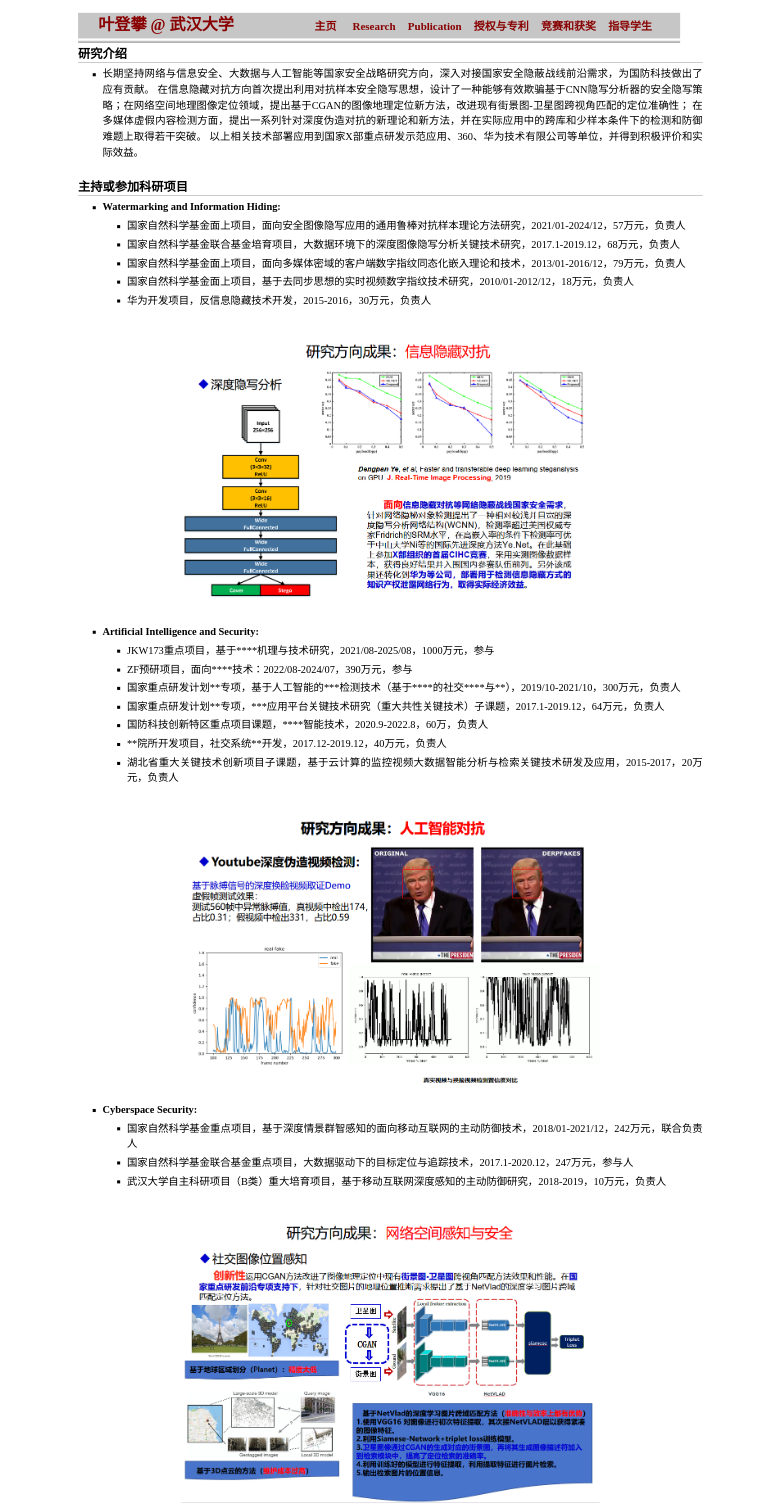
Repository: yedengpan/yedengpan.github.io
Page: research.html
An editor plug-in stored every save of this project. The page is shown before and after a run of saves, followed by the edit.
The browser window is 1280 px wide. The pictures show the whole page, at 61% of full size.

Above is the page before, as saved 2023-12-04 15:19:09.
Console error: SyntaxError: Unexpected token '%'

### research.html
<!DOCTYPE html PUBLIC "-//W3C//DTD XHTML 1.1//EN" "http://www.w3.org/TR/xhtml11/DTD/xhtml11.dtd">
<html xmlns="http://www.w3.org/1999/xhtml" xml:lang="en">
<head>
    <meta http-equiv="Content-Type" content="text/html; charset=UTF-8" />
    <meta name="generator" content="jemdoc, see http://jemdoc.jaboc.net/" />

    <link rel="stylesheet" href="./source_files/jemdoc.css" type="text/css" />
    <title>主持或参加科研项目</title>
    <script type="text/javascript" src="./source_files/jquery-1.12.4.min.js"></script>
    <script src="./source_files/main.js"></script>
    <title>插入图片</title>
    <style>
        .center-image {
            display: block;
            margin: 0 auto;
            width: 67%;
        }
    </style>


</head>
<body class="my-body">
    <div id="layout-content">

        <div id="toptitle">
            <h1 width=100% id="home">
                &nbsp;&nbsp;&nbsp;&nbsp;
                <font color="#880000">叶登攀 @ 武汉大学</font>
                &nbsp;&nbsp;&nbsp;&nbsp;&nbsp;&nbsp;&nbsp;&nbsp;&nbsp;&nbsp;&nbsp;&nbsp;&nbsp;&nbsp;&nbsp;&nbsp;&nbsp;&nbsp;
                <a href="./index.html"><font color="#880000" size="4.0px">主页</font></a>
                &nbsp;&nbsp;
                <a href="./research.html"><font color="#880000" size="4.0px">Research &nbsp;&nbsp;</font></a>
                <a href="./publication.html"><font color="#880000" size="4.0px">Publication &nbsp;&nbsp;</font></a>
                <a href="./patent.html"><font color="#880000" size="4.0px">授权与专利 &nbsp;&nbsp;</font></a>
                <a href="./awards.html"><font color="#880000" size="4.0px">竞赛和获奖 &nbsp;&nbsp;</font></a>
                <a href="./student.html"><font color="#880000" size="4.0px">指导学生 &nbsp;&nbsp;</font></a>                &nbsp;&nbsp;&nbsp;&nbsp;
            </h1>
        </div>

        <br /> <br />

        <h2>研究介绍</h2>

        <ul>
            <li>
                <p style="text-align:justify;">
                    长期坚持网络与信息安全、大数据与人工智能等国家安全战略研究方向，深入对接国家安全隐蔽战线前沿需求，为国防科技做出了应有贡献。
                    在信息隐藏对抗方向首次提出利用对抗样本安全隐写思想，设计了一种能够有效欺骗基于CNN隐写分析器的安全隐写策略；在网络空间地理图像定位领域，提出基于CGAN的图像地理定位新方法，改进现有街景图-卫星图跨视角匹配的定位准确性；
                    在多媒体虚假内容检测方面，提出一系列针对深度伪造对抗的新理论和新方法，并在实际应用中的跨库和少样本条件下的检测和防御难题上取得若干突破。
                    以上相关技术部署应用到国家X部重点研发示范应用、360、华为技术有限公司等单位，并得到积极评价和实际效益。

                </p>
            </li>
        </ul>



        <h2>主持或参加科研项目</h2>
        <ul>
            <!--            <li><p style="text-align:justify;"><b>Image Processing and Steganalysis:</b></p></li>
        -->
            <li><p style="text-align:justify;"><b>Watermarking and Information Hiding:</b></p></li>
            <ul>
                <li><p style="text-align:justify;"> 国家自然科学基金面上项目，面向安全图像隐写应用的通用鲁棒对抗样本理论方法研究，2021/01-2024/12，57万元，负责人</p></li>
                <li><p style="text-align:justify;"> 国家自然科学基金联合基金培育项目，大数据环境下的深度图像隐写分析关键技术研究，2017.1-2019.12，68万元，负责人</p></li>
                <li><p style="text-align:justify;"> 国家自然科学基金面上项目，面向多媒体密域的客户端数字指纹同态化嵌入理论和技术，2013/01-2016/12，79万元，负责人</p></li>
                <li><p style="text-align:justify;"> 国家自然科学基金面上项目，基于去同步思想的实时视频数字指纹技术研究，2010/01-2012/12，18万元，负责人</p></li>

                <li><p style="text-align:justify;"> 华为开发项目，反信息隐藏技术开发，2015-2016，30万元，负责人</p></li>
            </ul>
        </ul>
        <img class="center-image" src="./source_files/111.png" alt="information_hiding" />

        <ul>
            <li><p style="text-align:justify;"><b>Artificial Intelligence and Security:</b></p></li>
            <ul>
                <li><p style="text-align:justify;"> JKW173重点项目，基于****机理与技术研究，2021/08-2025/08，1000万元，参与</p></li>
                <li><p style="text-align:justify;"> ZF预研项目，面向****技术：2022/08-2024/07，390万元，参与</p></li>
                <li><p style="text-align:justify;"> 国家重点研发计划**专项，基于人工智能的***检测技术（基于****的社交****与**），2019/10-2021/10，300万元，负责人</p></li>

                <li><p style="text-align:justify;"> 国家重点研发计划**专项，***应用平台关键技术研究（重大共性关键技术）子课题，2017.1-2019.12，64万元，负责人</p></li>
                <li><p style="text-align:justify;"> 国防科技创新特区重点项目课题，****智能技术，2020.9-2022.8，60万，负责人</p></li>
                <li><p style="text-align:justify;"> **院所开发项目，社交系统**开发，2017.12-2019.12，40万元，负责人</p></li>

                <li><p style="text-align:justify;"> 湖北省重大关键技术创新项目子课题，基于云计算的监控视频大数据智能分析与检索关键技术研发及应用，2015-2017，20万元，负责人</p></li>
            </ul>
        </ul>
        <img class="center-image" src="./source_files/222.png" alt="artificial_security" />


        <ul>
            <li><p style="text-align:justify;"><b> Cyberspace Security:</b></p></li>
            <ul>
                <li><p style="text-align:justify;"> 国家自然科学基金重点项目，基于深度情景群智感知的面向移动互联网的主动防御技术，2018/01-2021/12，242万元，联合负责人</p></li>
                <li><p style="text-align:justify;"> 国家自然科学基金联合基金重点项目，大数据驱动下的目标定位与追踪技术，2017.1-2020.12，247万元，参与人</p></li>
                <li><p style="text-align:justify;"> 武汉大学自主科研项目（B类）重大培育项目，基于移动互联网深度感知的主动防御研究，2018-2019，10万元，负责人</p></li>

            </ul>
        </ul>
        <img class="center-image" src="./source_files/333.png" alt="cyberspace_security" />

    </div>
</body>
</html>

### source_files/jemdoc.css
/* Default css file for jemdoc. */

table#tlayout {
    border: none;
    border-collapse: separate;
    background: white;
}

/*body.my-body {
	background: white;*/
	/*	font-family: Georgia, serif;*/
	/*font-family: "Times New Roman", Sans-serif, Serif, Arial, Helvetica, sans-serif;
	padding-bottom: 8px;
	margin: 0;
	text-align: center;
}*/


/* 设置英文文字的字体样式 */
:lang(en) {
	font-family: "Arial", sans-serif;
}

/* 排除其他语言的文字样式设置 */
:not(:lang(en)) {
	font-family: inherit;
}


#layout-menu {
	background: #f6f6f6;
	border: 1px solid #dddddd;
	padding-top: 0.5em;
	padding-left: 8px;
	padding-right: 8px;
	font-size: 1.0em;
	width: auto;
	white-space: nowrap;
    text-align: left;
    vertical-align: top;
}

#layout-menu td {
	background: #f4f4f4;
    vertical-align: top;
}

#layout-content {
	padding-top: 0.0em;
	padding-left: 1.0em;
	padding-right: 1.0em;
    border: none;
    background: white;
    text-align: left;
    vertical-align: top;
    /* width:950px; */
    width:1024px;
	/* width:1024px; */
    margin: auto;
}

#layout-menu a {
	line-height: 1.5em;
	margin-left: 0.5em;
}

tt {
    background: #ffffdd;
}

pre, tt {
	font-size: 90%;
	font-family: monaco, monospace;
}

a, a > tt {
	/*color: #0000FF;*/
  color: #0055AA;
	text-decoration: none;
}

a:hover {
	border-bottom: 1px gray dotted;
}

#layout-menu a.current:link, #layout-menu a.current:visited {
	color: #022b6d;
	border-bottom: 1px gray solid;
}
#layout-menu a:link, #layout-menu a:visited, #layout-menu a:hover {
	color: #527bbd;
	text-decoration: none;
}
#layout-menu a:hover {
	text-decoration: none;
}

div.menu-category {
	border-bottom: 1px solid gray;
	margin-top: 0.8em;
	padding-top: 0.2em;
	padding-bottom: 0.1em;
	font-weight: bold;
}

div.menu-item {
	padding-left: 16px;
	text-indent: -16px;
}

div#toptitle {
	padding-bottom: 0.2em;
	margin-bottom: 1.5em;
	border-bottom: 3px double gray;
  position:fixed;

}

/* Reduce space if we begin the page with a title. */
div#toptitle + h2, div#toptitle + h3 {
	margin-top: -0.7em;
}

div#subtitle {
	margin-top: 0.0em;
	margin-bottom: 0.0em;
	padding-top: 0em;
	padding-bottom: 0.1em;
}

em {
	font-style: italic;
}

strong {
	font-weight: bold;
}


h1, h2, h3 {
	color: #000000;
	margin-top: 0.9em;
	margin-bottom: 0.3em;
	padding-bottom: 0.2em;
	line-height: 1.0;
	padding-top: 0.5em;
	border-bottom: 1px solid #aaaaaa;
}

h1 {
	font-size: 165%;
  /*background: #003366;*/
  background: #C7C6C6;
  line-height: 1.5;
}

h2 {
	padding-top: 0.8em;
	font-size: 125%;
}

h2 + h3 {
    padding-top: 0.2em;
}

h3 {
	font-size: 110%;
	border-bottom: none;
}

p {
	margin-top: 0.0em;
	margin-bottom: 0.8em;
	padding: 0;
	line-height: 1.5;
  /*size of font in body*/
  font-size: 17px;
}

pre {
	padding: 0;
	margin: 0;
}

div#footer {
	font-size: small;
	border-top: 1px solid #c0c0c0;
	padding-top: 0.1em;
	margin-top: 4.0em;
	color: #c0c0c0;
}

div#footer a {
	color: #80a0b0;
}

div#footer-text {
	float: left;
	padding-bottom: 8px;
}

ul, ol, dl {
	margin-top: 0.2em;
	padding-top: 0;
	margin-bottom: 0.8em;
}

dt {
	margin-top: 0.5em;
	margin-bottom: 0;
}

dl {
	margin-left: 20px;
}

dd {
	color: #222222;
}

dd > *:first-child {
	margin-top: 0;
}

ul {
	list-style-position: outside;
	list-style-type: square;
}

p + ul, p + ol {
	margin-top: -0.5em;
}

li ul, li ol {
	margin-top: -0.3em;
}

ol {
	list-style-position: outside;
	list-style-type: decimal;
}

li p, dd p {
	margin-bottom: 0.3em;
}


ol ol {
	list-style-type: lower-alpha;
}

ol ol ol {
	list-style-type: lower-roman;
}

p + div.codeblock {
	margin-top: -0.6em;
}

div.codeblock, div.infoblock {
	margin-right: 0%;
	margin-top: 1.2em;
	margin-bottom: 1.3em;
}

div.blocktitle {
	font-weight: bold;
	color: #cd7b62;
	margin-top: 1.2em;
	margin-bottom: 0.1em;
}

div.blockcontent {
	border: 1px solid silver;
	padding: 0.3em 0.5em;
}

div.infoblock > div.blockcontent {
	background: #ffffee;
}

div.blockcontent p + ul, div.blockcontent p + ol {
	margin-top: 0.4em;
}

div.infoblock p {
	margin-bottom: 0em;
}

div.infoblock li p, div.infoblock dd p {
	margin-bottom: 0.5em;
}

div.infoblock p + p {
	margin-top: 0.8em;
}

div.codeblock > div.blockcontent {
	background: #f6f6f6;
}

span.pycommand {
	color: #000070;
}

span.statement {
	color: #008800;
}
span.builtin {
	color: #000088;
}
span.special {
	color: #990000;
}
span.operator {
	color: #880000;
}
span.error {
	color: #aa0000;
}
span.comment, span.comment > *, span.string, span.string > * {
	color: #606060;
}

@media print {
	#layout-menu { display: none; }
}

#fwtitle {
	margin: 2px;
}

#fwtitle #toptitle {
	padding-left: 0.5em;
	margin-bottom: 0.5em;
}

#layout-content h1:first-child, #layout-content h2:first-child, #layout-content h3:first-child {
	margin-top: -0.7em;
}

div#toptitle h1, #layout-content div#toptitle h1 {
	margin-bottom: 0.0em;
	padding-bottom: 0.1em;
	padding-top: 0;
	margin-top: 0.5em;
	border-bottom: none;
}

img.eq {
	padding: 0;
	padding-left: 0.1em;
	padding-right: 0.1em;
	margin: 0;
}

img.eqwl {
	padding-left: 2em;
	padding-top: 0.6em;
	padding-bottom: 0.2em;
	margin: 0;
}

table {
    border: 2px solid black;
    border-collapse: collapse;
}

td {
    padding: 2px;
    padding-left: 0.5em;
    padding-right: 0.5em;
    text-align: center;
    border: 1px solid gray;
}

table + table {
    margin-top: 1em;
}

tr.heading {
    font-weight: bold;
    border-bottom: 2px solid black;
}

img {
    border: none;
}

table.imgtable, table.imgtable td {
    border: none;
    text-align: left;
    padding-top: 4em;
}

### static/js/main.js
---
---
$(function() {
  deadlineByConf = {};

  {% for conf in site.data.conferences %}
  {% assign conf_id = conf.name | append: conf.year | slugify %}
  {% if conf.deadline == "TBA" %}
  $('#{{ conf_id }} .timer').html("TBA");
  $('#{{ conf_id }} .deadline-time').html("TBA");
  deadlineByConf["{{ conf_id }}"] = null;

  {% else %}
  var rawDeadlines = {{ conf.deadline | jsonify }} || [];
  if (rawDeadlines.constructor !== Array) {
    rawDeadlines = [rawDeadlines];
  }
  var parsedDeadlines = [];
  while (rawDeadlines.length > 0) {
    var rawDeadline = rawDeadlines.pop();
    // check if date is template
    if (rawDeadline.indexOf('%m') >= 0) {
      for (var m = 1; m <= 12; m++) {
        rawDeadlines.push(rawDeadline.replace('%m', m < 10 ? '0' + m : m));
      }
    } else if (rawDeadline.indexOf('%y') >= 0) {
      year = parseInt(moment().year());
      rawDeadlines.push(rawDeadline.replace('%y', year));
      rawDeadlines.push(rawDeadline.replace('%y', year + 1));

    } else {
      // adjust date according to deadline timezone
      {% if conf.timezone %}
      var deadline = moment.tz(rawDeadline, "{{ conf.timezone }}");
      {% else %}
      var deadline = moment.tz(rawDeadline, "Etc/GMT+12"); // Anywhere on Earth
      {% endif %}

      // post-process date
      if (deadline.minutes() === 0) {
        deadline.subtract(1, 'seconds');
      }
      if (deadline.minutes() === 59) {
        deadline.seconds(59);
      }
      parsedDeadlines.push(deadline);
    }
  }

  // check which deadline is closest
  var confDeadline = parsedDeadlines[0];
  var today = moment();
  for (var i = 1; i < parsedDeadlines.length; i++) {
    deadlineCandidate = parsedDeadlines[i];
    if ((today.diff(deadlineCandidate) < 0 && today.diff(deadlineCandidate) > today.diff(confDeadline))) {
      confDeadline = deadlineCandidate;
    }
  }

  // render countdown timer
  if (confDeadline) {
    function make_update_countdown_fn(confDeadline) {
      return function(event) {
        diff = moment() - confDeadline
        if (diff <= 0) {
           $(this).html(event.strftime('%D days %Hh %Mm %Ss'));
        } else {
          $(this).html(confDeadline.fromNow());
        }
      }
    }
    $('#{{ conf_id }} .timer').countdown(confDeadline.toDate(), make_update_countdown_fn(confDeadline));
    // check if date has passed, add 'past' class to it
    if (moment() - confDeadline > 0) {
      $('#{{ conf_id }}').addClass('past');
    }
    $('#{{ conf_id }} .deadline-time').html(confDeadline.local().format('D MMM YYYY, h:mm:ss a'));
    deadlineByConf["{{ conf_id }}"] = confDeadline;
  }
  {% endif %}
  {% endfor %}

  // Reorder list
  confs = $('.conf');
  confs.detach().sort(function(a, b) {
    var today = moment();
    var a = deadlineByConf[a.id];
    var b = deadlineByConf[b.id];
    var diff1 = today.diff(a)
    var diff2 = today.diff(b)
    if (a == null && b == null) {
      return 0;
    }
    if (a == null && diff2 > 0) {
      return -1;
    }
    if (a == null && diff2 < 0) {
      return +1;
    }
    if (b == null && diff1 > 0) {
      return +1;
    }
    if (b == null && diff1 < 0) {
      return -1;
    }
    if (diff1 < 0 && diff2 > 0) {
      return -1;
    }
    if (diff1 > 0 && diff2 < 0) {
      return +1;
    }
    if (diff1 < 0 && diff2 < 0) {
      return -1 ? diff1 < diff2 : +1;
    }
    if (diff1 > 0 && diff2 > 0) {
      return -1 ? a < b : +1;
    }
  });
  $('.conf-container').append(confs);

  // Set checkboxes
  var conf_type_data = {{ site.data.types | jsonify }};
  var all_tags = [];
  var toggle_status = {};
  for (var i = 0; i < conf_type_data.length; i++) {
    all_tags[i] = conf_type_data[i]['tag'];
    toggle_status[all_tags[i]] = false;
  }
  var tags = store.get('{{ site.domain }}');
  if (tags === undefined) {
    tags = all_tags;
  }
  for (var i = 0; i < tags.length; i++) {
    $('#' + tags[i] + '-checkbox').prop('checked', true);
    toggle_status[tags[i]] = true;
  }
  store.set('{{ site.domain }}', tags);

  function update_conf_list() {
    confs.each(function(i, conf) {
      var conf = $(conf);
      var show = false;
      for (var i = 0; i < all_tags.length; i++) {
        if(conf.hasClass(all_tags[i])) {
          show = show | toggle_status[all_tags[i]];
        }
      }
      if (show) {
        conf.show();
      } else {
        conf.hide()
      }
    });
  }
  update_conf_list();

  // Event handler on checkbox change
  $('form :checkbox').change(function(e) {
    var checked = $(this).is(':checked');
    var tag = $(this).prop('id').slice(0, -9);
    toggle_status[tag] = checked;

    if (checked == true) {
      if (tags.indexOf(tag) < 0)
        tags.push(tag);
    }
    else {
      var idx = tags.indexOf(tag);
      if (idx >= 0)
        tags.splice(idx, 1);
    }
    store.set('{{ site.domain }}', tags);
    update_conf_list();
  });
});

Loaded but not shown: source_files/jquery-1.12.4.min.js (library)

After the next 4 saves:
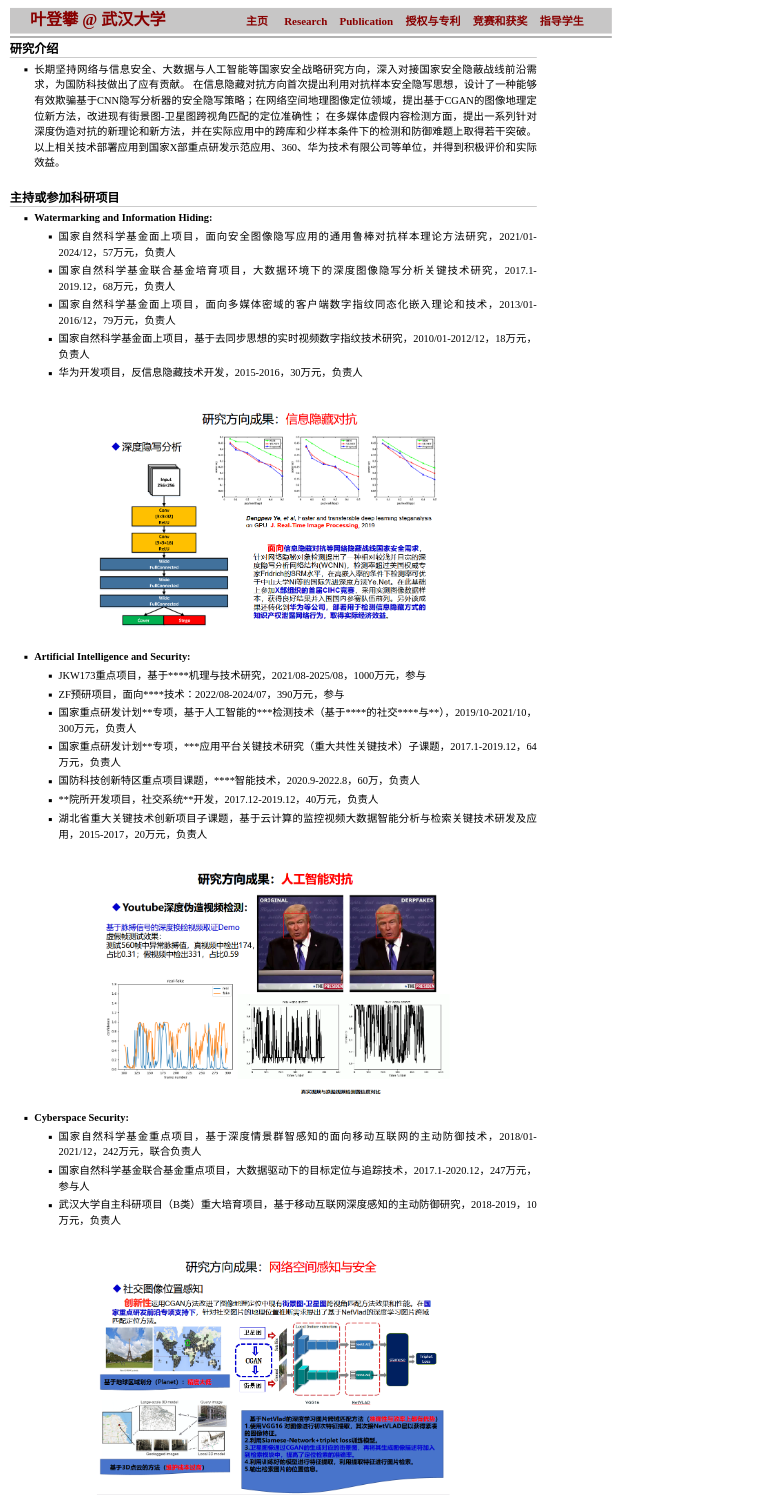
The 4 saves are shown as one change because they came seconds apart.
The last was saved 12 min 29 s later.
--- a/research.html
+++ b/research.html
@@ -16,6 +16,21 @@
             width: 67%;
         }
     </style>
+
+<style>
+    body {
+        margin: 0;
+        padding: 0;
+        display: flex;
+        justify-content: space-between;
+        width: 70%;
+    }
+
+    img {
+        width: 100%;
+        height: auto;
+    }
+</style>
 
 
 </head>

After the 4 saves that followed:
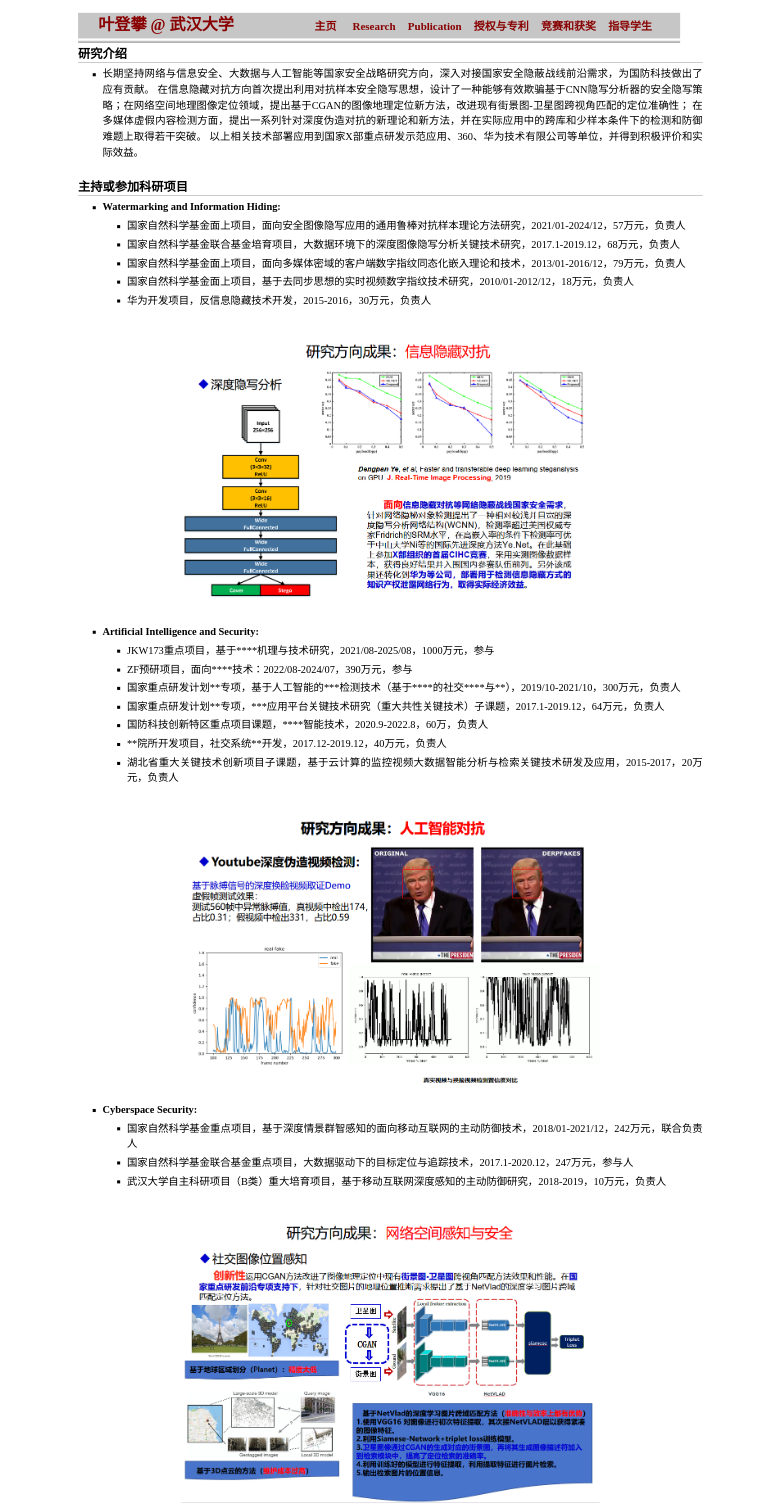
The 4 saves are shown as one change because they came seconds apart.
The last was saved 15 s later.
--- a/research.html
+++ b/research.html
@@ -17,20 +17,7 @@
         }
     </style>
 
-<style>
-    body {
-        margin: 0;
-        padding: 0;
-        display: flex;
-        justify-content: space-between;
-        width: 70%;
-    }
 
-    img {
-        width: 100%;
-        height: auto;
-    }
-</style>
 
 
 </head>
